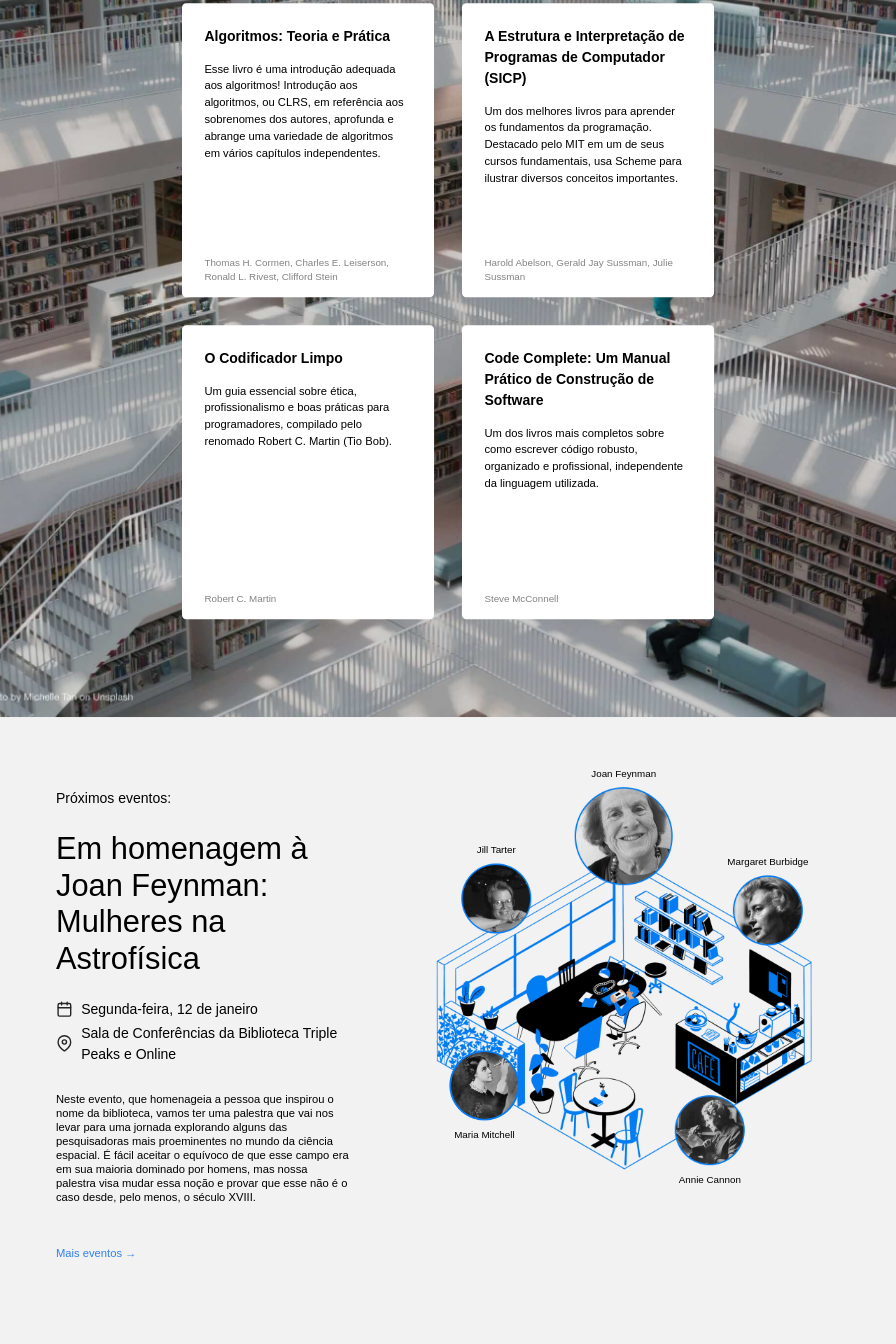
Repository: thainagomesc/web_project_library_pt
Page: index.html
The author's editor kept a copy of each file at every save. The page is drawn from the files as they stood at one save, then again after the next save.
The browser window is 1280 px wide. The pictures show the part of the page from y = 962 to 2882 px (the page is 2882 px tall), at 70% of full size.

Above is the page before, as saved 2025-12-28 21:33:41.

### index.html
<!DOCTYPE html>
<html lang="pt">
  <head>
    <meta charset="UTF-8" />
    <meta name="viewport" content="width=device-width, initial-scale=1.0" />
    <title>Biblioteca Triple Peaks</title>
    <link rel="shortcut icon" href="favicon.ico" />
    <link rel="stylesheet" href="./vendor/normalize.css" />
    <link rel="stylesheet" href="./styles/style.css" />
  </head>

  <body>
    <div class="page">
      <header class="header">
        <nav class="nav">
          <img
            src="./images/logo.svg"
            alt="Logotipo da Biblioteca Triple Peaks"
            class="nav__logo"
          />

          <ul class="nav__links">
            <li><a class="nav__link" href="#staff">Escolhas da Equipe</a></li>
            <li><a class="nav__link" href="#events">Eventos</a></li>
            <li><a class="nav__link" href="#">Seja um membro</a></li>
            <li><a class="nav__link" href="#">Contatos</a></li>
          </ul>
        </nav>

        <div class="header__content">
          <div>
            <h1 class="header__title">Bem-vindo à Biblioteca Triple Peaks</h1>
            <p class="header__description">
              Temos o prazer de abrir as portas da nossa biblioteca a todos! Venha expandir
              seus conhecimentos de desenvolvimento, ou apenas use esse belo local para trabalhar
              ou estudar. Esse é um lugar legal para estudantes legais!
            </p>
          </div>
          <img
            src="./images/inside_the_library.png"
            alt="Ilustração 'Dentro da biblioteca'"
            class="header__image"
          />
        </div>

        <div class="header__footer">
          <p class="header__address">Triple Peaks, 200 Success Avenue</p>
        </div>
      </header>

      <main class="content">
        <section class="staff" id="staff">
          <h2 class="staff__title">Escolhas da Equipe</h2>
          <p class="staff__subtitle">Que nossos leitores adoram</p>

          <ul class="staff__cards">

            <li class="card">
              <div class="card__content">
                <h3 class="card__title">Algoritmos: Teoria e Prática</h3>
                <p class="card__text">
                  Esse livro é uma introdução adequada aos algoritmos! Introdução aos algoritmos,
                  ou CLRS, em referência aos sobrenomes dos autores, aprofunda e abrange uma
                  variedade de algoritmos em vários capítulos independentes.
                </p>
                <p class="card__footer">
                  Thomas H. Cormen, Charles E. Leiserson, Ronald L. Rivest, Clifford Stein
                </p>
              </div>
            </li>

            <li class="card">
              <div class="card__content">
                <h3 class="card__title">
                  A Estrutura e Interpretação de Programas de Computador (SICP)
                </h3>
                <p class="card__text">
                  Um dos melhores livros para aprender os fundamentos da programação. Destacado
                  pelo MIT em um de seus cursos fundamentais, usa Scheme para ilustrar diversos
                  conceitos importantes.
                </p>
                <p class="card__footer">
                  Harold Abelson, Gerald Jay Sussman, Julie Sussman
                </p>
              </div>
            </li>

            <li class="card">
              <div class="card__content">
                <h3 class="card__title">
                  O Codificador Limpo
                </h3>
                <p class="card__text">
                  Um guia essencial sobre ética, profissionalismo e boas práticas para programadores,
                  compilado pelo renomado Robert C. Martin (Tio Bob).
                </p>
                <p class="card__footer">Robert C. Martin</p>
              </div>
            </li>

            <li class="card">
              <div class="card__content">
                <h3 class="card__title">
                  Code Complete: Um Manual Prático de Construção de Software
                </h3>
                <p class="card__text">
                  Um dos livros mais completos sobre como escrever código robusto, organizado e
                  profissional, independente da linguagem utilizada.
                </p>
                <p class="card__footer">Steve McConnell</p>
              </div>
            </li>
          </ul>
        </section>

        <section class="events" id="events">
        <div class="events__content">

          <h2 class="events__heading">Próximos eventos:</h2>
          <h3 class="events__title">
          Em homenagem à Joan Feynman: Mulheres na Astrofísica
          </h3>

          <div class="event-info events__info-section">
            <div class="event-info__item">

              <img
                src="./images/icon_calendar.svg"
                alt="Calendar icon"
                class="event-info__icon"
              />

              <p class="event-info__text">Segunda-feira, 12 de janeiro</p>
            </div>

            <div class="event-info__item">

              <img
                src="./images/icon_pin.svg"
                alt="Pin icon"
                class="event-info__icon"
              />

              <p class="event-info__text">
                Sala de Conferências da Biblioteca Triple Peaks e Online
              </p>
            </div>
          </div>

          <p class="events__description">
            Neste evento, que homenageia a pessoa que inspirou o nome da biblioteca, vamos ter uma
            palestra que vai nos levar para uma jornada explorando alguns das pesquisadoras mais
            proeminentes no mundo da ciência espacial. É
            fácil aceitar o equívoco de que esse campo era em sua maioria
            dominado por homens, mas nossa palestra visa mudar essa noção e
            provar que esse não é o caso desde, pelo menos,
            o século XVIII.
          </p>
          <a href="#events" class="events__more">Mais eventos &rarr;</a>
        </div>

        <div class="events__cover">
          <img
            src="./images/cafe.png"
            alt="Ilustração 'Café na Biblioteca'"
            class="events__image"
          />

          <div class="person person_name_feynman">
            <p class="person__caption">Joan Feynman</p>

            <img
              src="./images/person_feynman.png"
              alt="Ilustração de Joan Feynman"
              class="person__image person__image_size_l"
            />
          </div>

          <div class="person person_name_burbidge">
            <p class="person__caption">Margaret Burbidge</p>

            <img
              src="./images/person_burbidge.png"
              alt="Ilustração de Margaret Burbidge"
              class="person__image person__image_size_m"
            />
          </div>

          <div class="person person_name_cannon">

            <img
              src="./images/person_cannon.png"
              alt="Ilustração de Annie Cannon"
              class="person__image person__image_size_m"
            />
            <p class="person__caption">Annie Cannon</p>
          </div>

          <div class="person person_name_mitchell">
            <img
              src="./images/person_mitchell.png"
              alt="Ilustração de Maria Mitchell"
              class="person__image person__image_size_m"
            />

            <p class="person__caption">Maria Mitchell</p>
          </div>

          <div class="person person_name_tarter">
            <p class="person__caption">Jill Tarter</p>

            <img
              src="./images/person_tarter.png"
              alt="Ilustração de Jill Tarter"
              class="person__image person__image_size_m"
            />
          </div>
        </section>
      </main>
    </div>
  </body>
</html>

### styles/style.css
.page {
  min-width: 1100px;
  max-width: 1600px;
  margin: 0 auto;
  font-family: Arial, sans-serif;
  font-size: 16px;
  line-height: 20px;
}

.header {
  display: flex;
  flex-direction: column;
  height: 100vh;
  min-height: 720px;
  max-height: 800px;
  padding: 30px 80px 40px;
  position: relative;
  box-sizing: border-box;
}

.nav {
  display: flex;
  justify-content: space-between;
}

.nav__logo {
  width: 80px;
  height: 58px;
}

.nav__links {
  list-style-type: none;
  padding: 0;
  margin: 8px 0 0;
  display: flex;
  column-gap: 20px;
}

.nav__link {
  color: #000000;
  text-decoration: none;
}

.header__content {
  display: flex;
  justify-content: space-between;
}

.header__title {
  max-width: 635px;
  margin: 128px 0 32px;
  font-size: 62px;
  line-height: 76px;
  font-weight: 500;
}

.header__description {
  max-width: 515px;
  margin: 0;
  font-size: 20px;
  line-height: 30px;
}

.header__image {
  max-width: 636px;
}

.header__footer {
  margin-top: auto;
  width: 100%;
  display: flex;
  align-items: center;
  justify-content: flex-end;
  box-sizing: border-box;
}

.header__link {
  color: #2f80ed;
  text-decoration: none;
}

.header__address {
  margin: 0;
  color: #838383;
}

/* STAFF SECTION */

.staff {
  background-image: url("../images/staff_picks_background.jpg");
  background-position: center;
  background-size: cover;
  padding: 100px 0 140px;
}

.staff__title {
  text-align: center;
  font-size: 44px;
  line-height: 52px;
  font-weight: 400;
  margin: 0 0 24px;
  color: #ffffff;
}

.staff__subtitle {
  text-align: center;
  font-size: 20px;
  line-height: 30px;
  font-weight: 400;
  margin: 0;
  color: #ffffff;
}

.staff__cards {
  max-width: 760px;
  margin: 40px auto 0;
  padding: 0;
  list-style-type: none;
  display: flex;
  flex-wrap: wrap;
  justify-content: center;
  gap: 40px;
}

.card {
  background-color: #fff;
  border-radius: 6px;
  padding: 32px 40px 20px 32px;
  box-sizing: border-box;
  height: 420px;
  width: 360px;
  list-style-type: none;
}

.card__content {
  width: 100%;
  height: 100%;
  display: flex;
  flex-direction: column;
}

.card__title {
  font-size: 20px;
  line-height: 30px;
  font-weight: 700;
  margin: 0;
}

.card__text {
  margin: 20px 0 0;
  font-size: 16px;
  line-height: 24px;
}

.card__footer {
  margin: 0;
  font-size: 14px;
  line-height: 20px;
  color: #838383;
  margin-top: auto;
}

.events {
  padding: 100px 0 120px 80px;
  display: flex;
  align-items: start;
  justify-content: space-between;
  box-sizing: border-box;
  background-color: #f2f2f2;
}

.events__content {
  flex-basis: 580px;
}

.events__heading {
  font-size: 20px;
  font-weight: 500;
  line-height: 30px;
  margin: 0;
}

.events__title {
  font-size: 44px;
  font-weight: 500;
  line-height: 52px;
  margin: 32px 0 0;
}

.events__info-section {
  margin-top: 32px;
}

.event-info__item {
  display: flex;
  align-items: center;
  margin-bottom: 4px;
  font-weight: 500;
}

.event-info__icon {
  background-repeat: no-repeat;
  background-position: center;
  margin-right: 12px;
  width: 24px;
  height: 24px;
}

.event-info__text {
  font-size: 20px;
  font-weight: 500;
  line-height: 30px;
  margin: 0;
}

.events__description {
  margin: 40px 0 60px;
}

.events__more {
  color: #2f80ed;
  text-decoration: none;
}

.events__cover {
  flex-grow: 1;
  flex-shrink: 0;
  flex-basis: 780px;
  max-width: 780px;
  position: relative;
}

.events__image {
  max-width: 100%;
}

.person {
  position: absolute;
  display: flex;
  align-items: center;
  flex-direction: column;
  gap: 10px;
}

.person_name_feynman {
  top: -30px;
  right: 319px;
  bottom: auto;
  left: auto;
}

.person_name_burbidge {
  top: 96px;
  right: 125px;
  bottom: auto;
  left: auto;
}

.person_name_cannon {
  top: auto;
  right: 216px;
  bottom: 18px;
  left: auto;
}

.person_name_mitchell {
  top: auto;
  right: auto;
  bottom: 82px;
  left: 142px;
}

.person_name_tarter {
  top: 79px;
  right: auto;
  bottom: auto;
  left: 159px;
}

.person__image {
  max-width: 100%;
}

.person__image_size_l {
  width: 140px;
}

.person__image_size_m {
  width: 100px;
}

.person__image_size_s {
  width: 80px;
}

.person__caption {
  text-align: center;
  font-size: 14px;
  margin: 0;
}

Loaded but not shown: vendor/normalize.css (library)

After the next save:
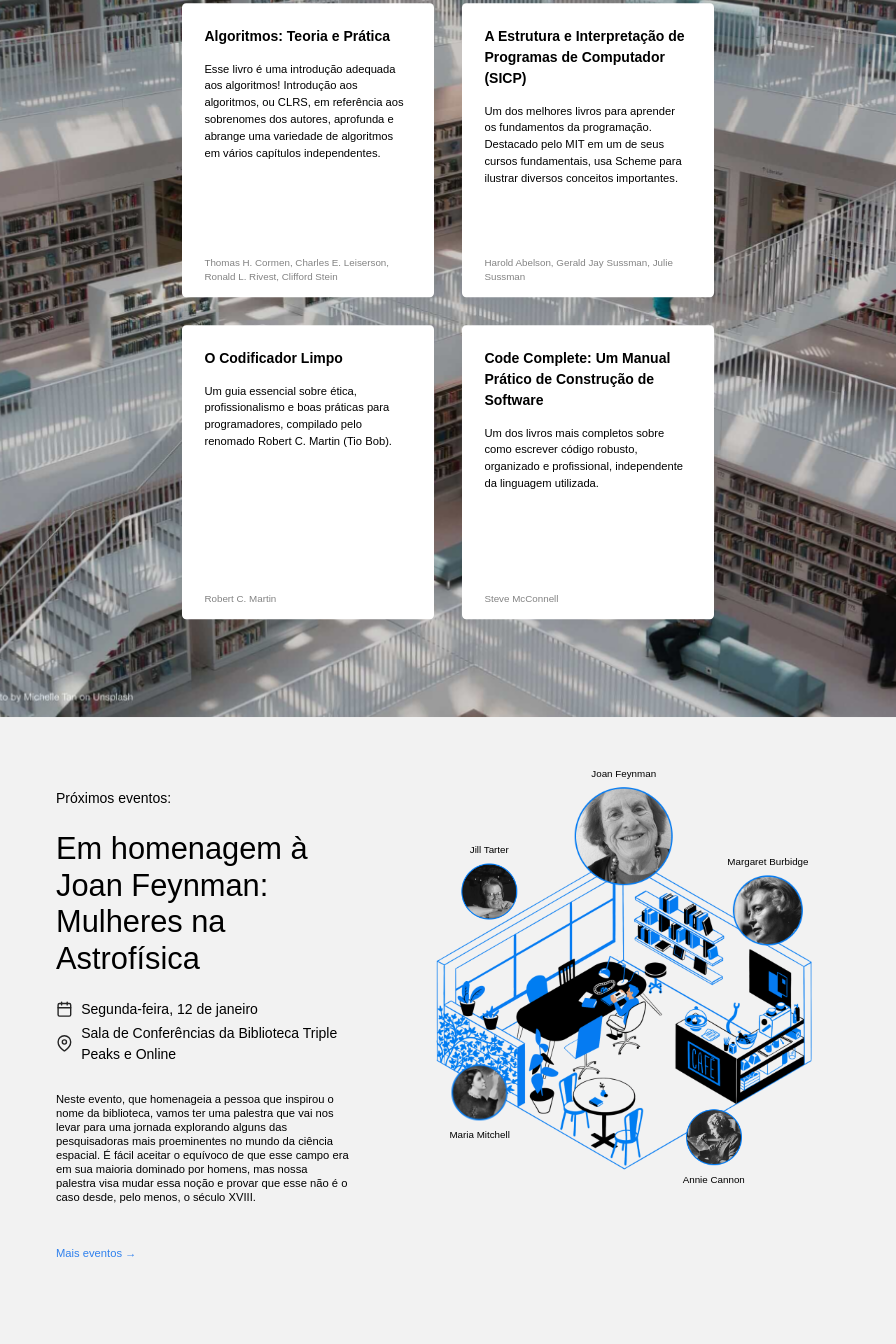
Saved 9 min 42 s later.
--- a/index.html
+++ b/index.html
@@ -191,7 +191,7 @@
             <img
               src="./images/person_cannon.png"
               alt="Ilustração de Annie Cannon"
-              class="person__image person__image_size_m"
+              class="person__image person__image_size_s"
             />
             <p class="person__caption">Annie Cannon</p>
           </div>
@@ -200,7 +200,7 @@
             <img
               src="./images/person_mitchell.png"
               alt="Ilustração de Maria Mitchell"
-              class="person__image person__image_size_m"
+              class="person__image person__image_size_s"
             />
 
             <p class="person__caption">Maria Mitchell</p>
@@ -212,7 +212,7 @@
             <img
               src="./images/person_tarter.png"
               alt="Ilustração de Jill Tarter"
-              class="person__image person__image_size_m"
+              class="person__image person__image_size_s"
             />
           </div>
         </section>

After the save that followed:
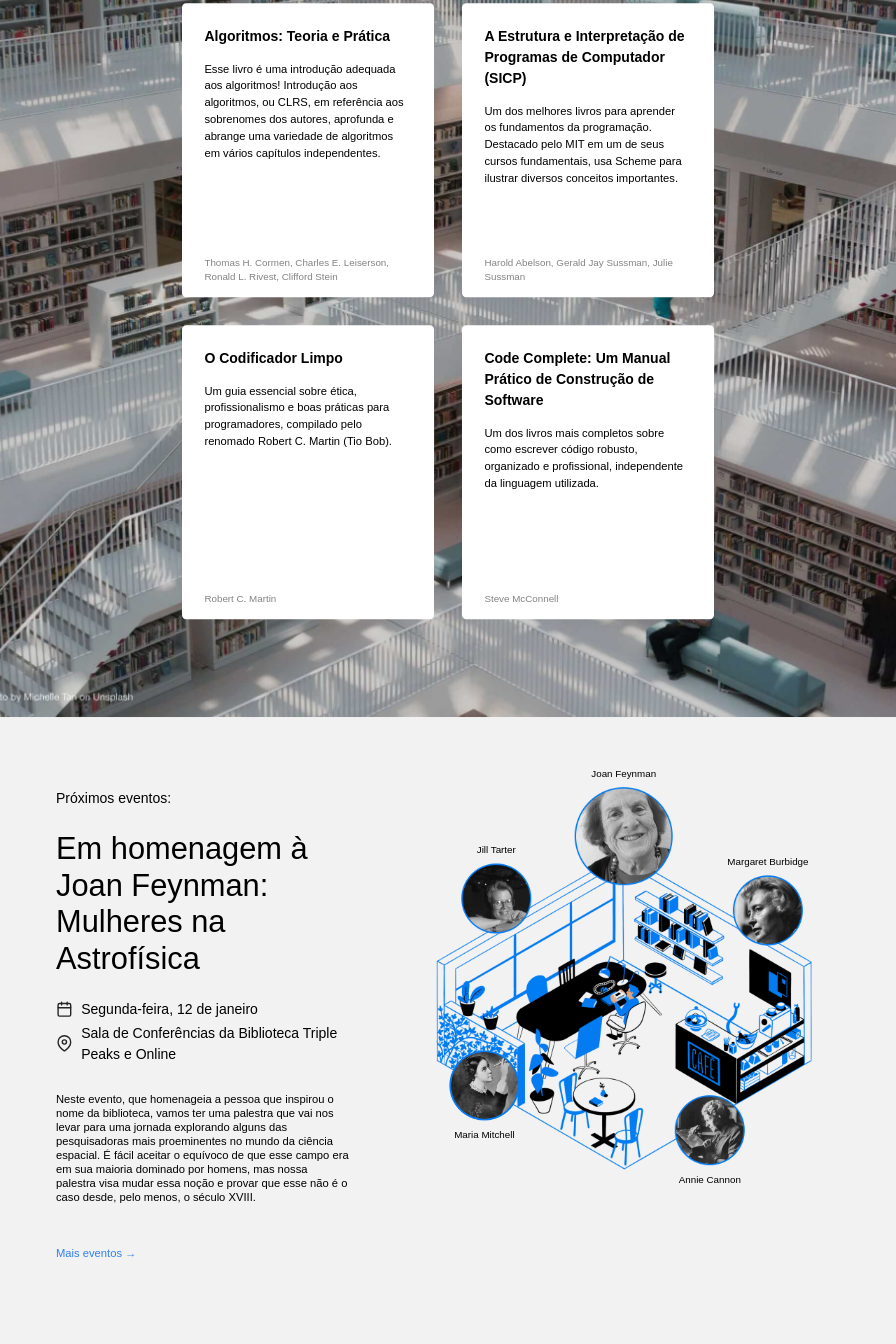
Saved 34 s later.
--- a/index.html
+++ b/index.html
@@ -191,7 +191,7 @@
             <img
               src="./images/person_cannon.png"
               alt="Ilustração de Annie Cannon"
-              class="person__image person__image_size_s"
+              class="person__image person__image_size_m"
             />
             <p class="person__caption">Annie Cannon</p>
           </div>
@@ -200,7 +200,7 @@
             <img
               src="./images/person_mitchell.png"
               alt="Ilustração de Maria Mitchell"
-              class="person__image person__image_size_s"
+              class="person__image person__image_size_m"
             />
 
             <p class="person__caption">Maria Mitchell</p>
@@ -212,7 +212,7 @@
             <img
               src="./images/person_tarter.png"
               alt="Ilustração de Jill Tarter"
-              class="person__image person__image_size_s"
+              class="person__image person__image_size_m"
             />
           </div>
         </section>
